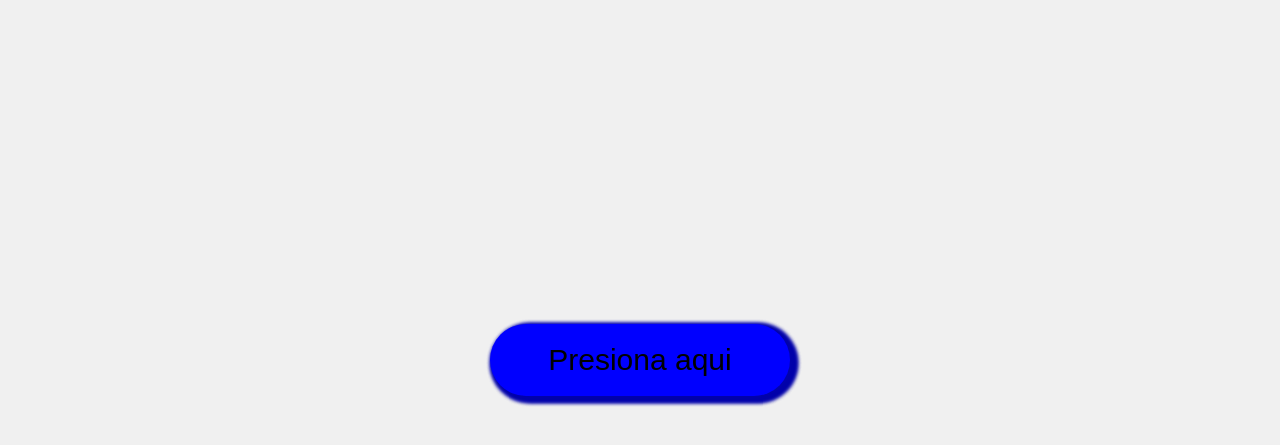
Repository: ye909/secreto
Page: inicio.html
The author's editor kept a copy of each file at every save. The page is drawn from the files as they stood at one save, then again after the next save.
The browser window is 1280 px wide. The pictures show the whole page.
The pointer rests on the first visible `#btn`.

Above is the page before, as saved 2025-02-20 21:38:41.

### inicio.html
<!DOCTYPE html>
<html>
<head>
<title>Amigo Secreto 3D</title>
<link rel="stylesheet" href="inicio.css">
</head>
<body>

          <div class="container">
            <h1 id="message">¡Bienvenido al Juego del Amigo Secreto!</h1>
        </div>
    <button id="btn"><a href="">Presiona aqui</a></button>

  <script src="inicio.js"></script>
</body>
</html>

### inicio.css
body, html {
    height: 100%;
    margin: 0;
    display: flex;
    justify-content: center;
    align-items: center;
    background-color: #f0f0f0;
    font-family: Arial, sans-serif;
}

.container {
    text-align: center;
}

#message {
    font-size: 2em;
    color: #333;
    opacity: 0;
    transform: translateY(-20px);
    animation: fadeIn 1s ease-out forwards;
}

@keyframes fadeIn {
    to {
        opacity: 1;
        transform: translateY(0);
    }
}
a{
    text-decoration: none;
    list-style: none;
    color:black;
}
#btn{
    display: none;
    width: 300px;
    height: 10vh;
    background: rgb(97, 97, 205);
    border-radius: 60px;
    font-size: 30px;
    border:none;
}
#btn:hover{
    background: blue;
    box-shadow: rgb(2, 2, 170) 4px 3px 4px 3px , rgb(2, 2, 170) 4px 3px 4px 3px , rgb(2, 2, 170) 4px 3px 4px 3px ;

}

### inicio.js
// script.js
document.addEventListener('DOMContentLoaded', function() {
    setTimeout(function() {
        document.getElementById('message').style.display = 'none';
        document.getElementById('btn').style.display = 'inline';
    }, 3000);


});

After the next save:
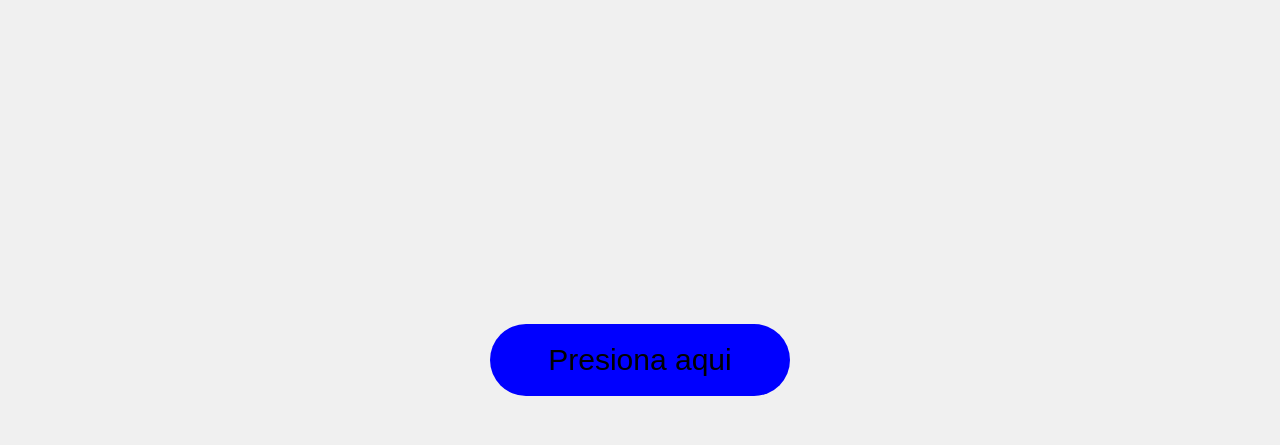
Saved 5 s later.
--- a/inicio.css
+++ b/inicio.css
@@ -42,6 +42,6 @@
 }
 #btn:hover{
     background: blue;
-    box-shadow: rgb(2, 2, 170) 4px 3px 4px 3px , rgb(2, 2, 170) 4px 3px 4px 3px , rgb(2, 2, 170) 4px 3px 4px 3px ;
+    box-shadow: rgb(2, 2, 170) 4px 3px 4px 3px , rgb(2, 2, 170) 4px 3px 4px 3px  rgb(2, 2, 170) 4px 3px 4px 3px ;
 
 }

After the 3 saves that followed:
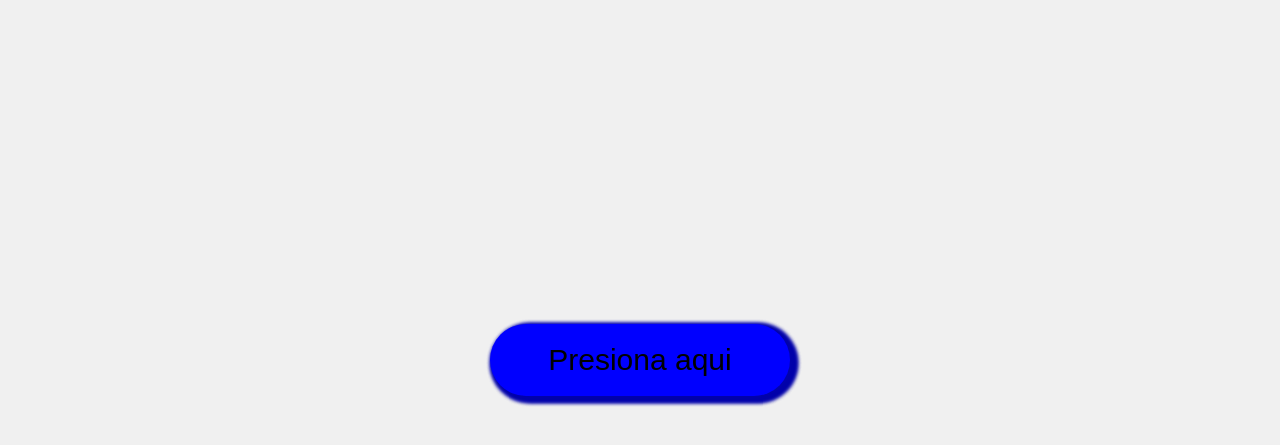
The 3 saves are shown as one change because 2 left the picture as it was.
The last was saved 34 s later.
--- a/inicio.css
+++ b/inicio.css
@@ -42,6 +42,6 @@
 }
 #btn:hover{
     background: blue;
-    box-shadow: rgb(2, 2, 170) 4px 3px 4px 3px , rgb(2, 2, 170) 4px 3px 4px 3px  rgb(2, 2, 170) 4px 3px 4px 3px ;
+    box-shadow: rgb(2, 2, 170) 4px 3px 4px 3px ,rgb(2, 2, 170) 4px 3px 4px 3px ,rgb(2, 2, 170) 4px 3px 4px 3px ;
 
 }
